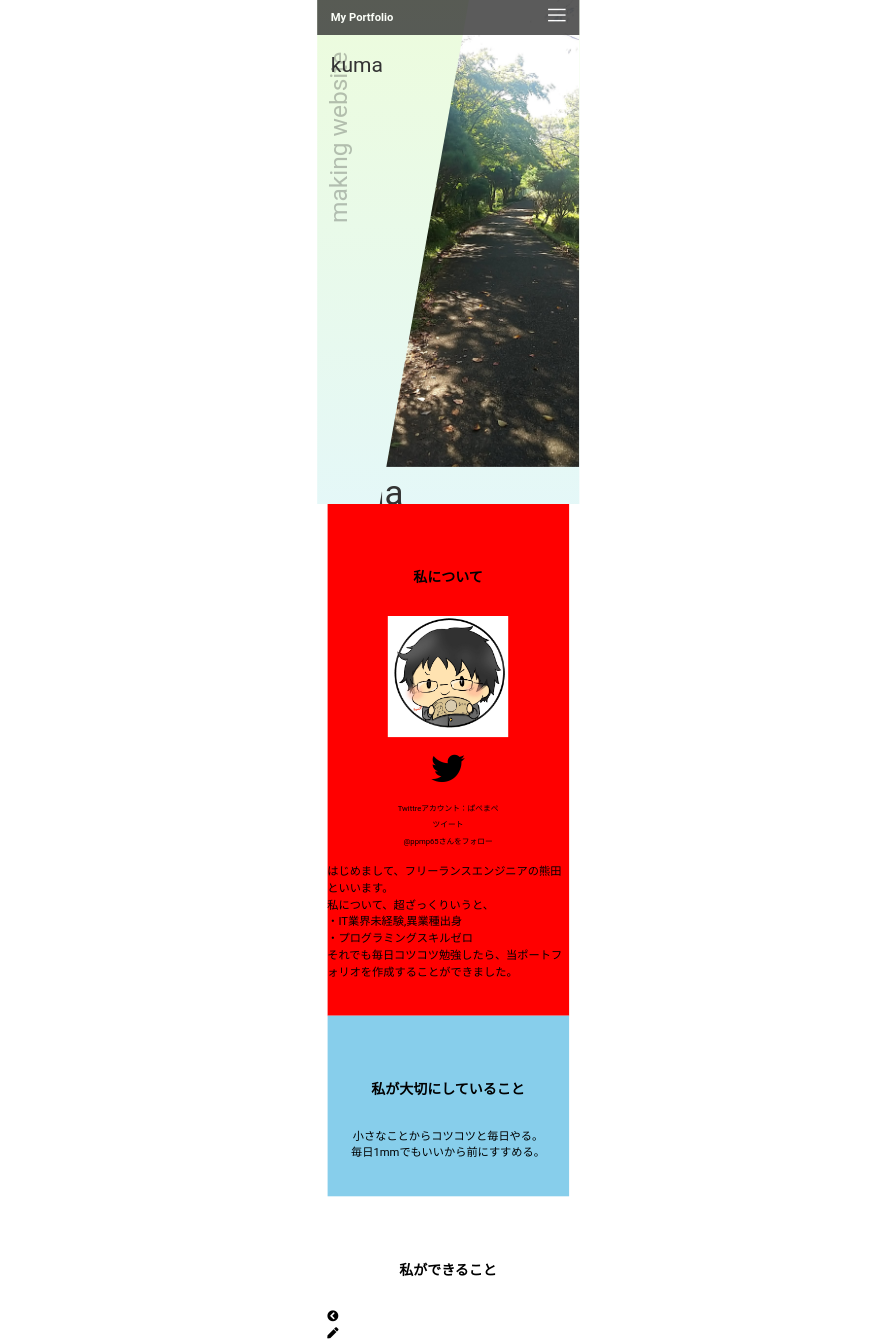
Repository: ppmp556/portfolio6
Page: index copy.html
An editor plug-in stored every save of this project. The page is shown before and after the next save, followed by the edit.
The browser window is 1280 px wide. The pictures show the part of the page from y = 0 to 1920 px (the page is 3189 px tall), at 70% of full size.
Some web libraries are served in a nearby version. The style sheet was rebuilt from its Sass, Less or Tailwind sources for each picture, by a compiler version that may differ from the author's.

Above is the page before, as saved 2020-10-12 22:51:55.
Console error: TypeError: Cannot read properties of null (reading 'addEventListener')

After the next save:
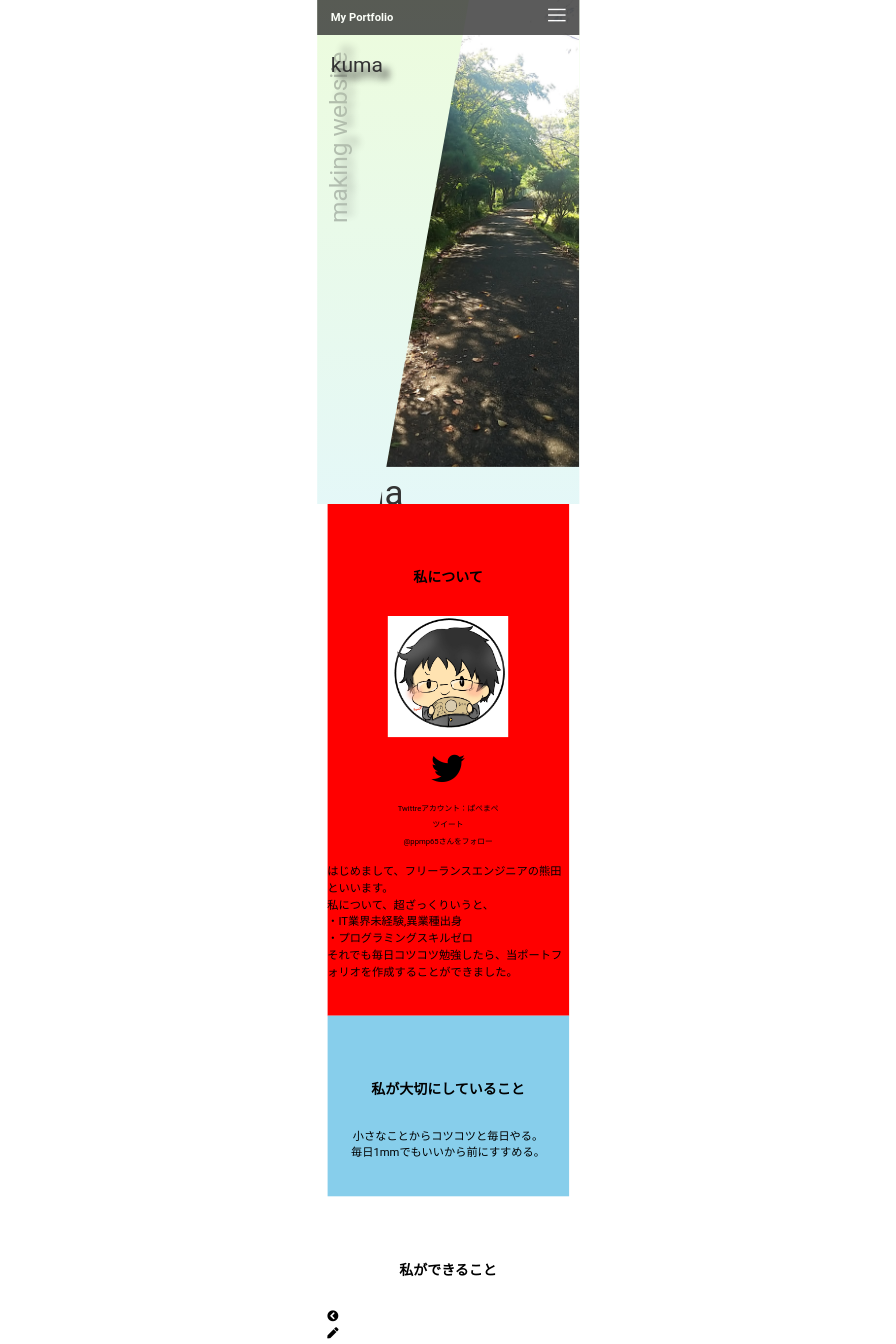
Saved 58 s later.
--- a/css/main.scss
+++ b/css/main.scss
@@ -146,7 +146,7 @@ kv
         left: 20px;
         font-size: 3rem;
         color: $cBlack;
-        text-shadow: 10px 10px 10px 1;
+        text-shadow: 10px 10px 10px $cBlack;
     }
 
     &::after {
@@ -157,7 +157,7 @@ kv
         font-size: 3.5rem;
         transform: rotate(-90deg);
         color: $cBlack;
-        text-shadow: 10px 10px 10px 1;
+        text-shadow: 10px 10px 10px $cBlack;
         opacity: .3;
     }
 
